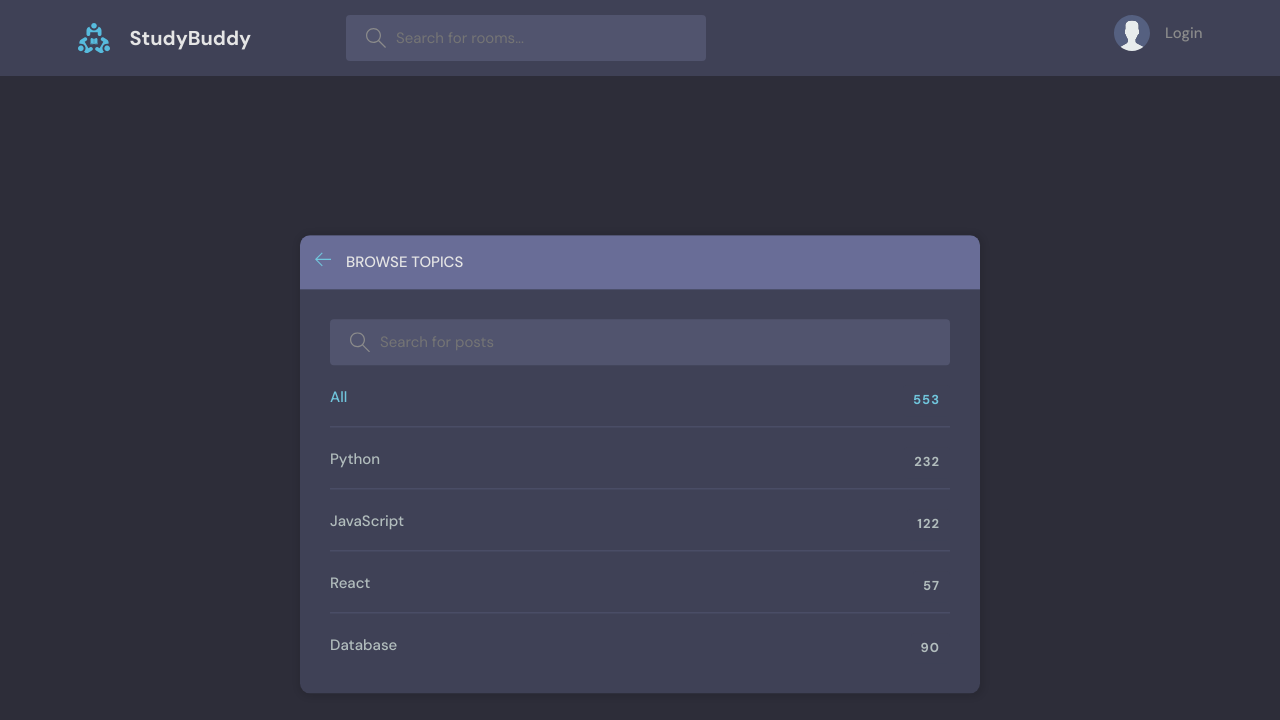
Repository: Dibbya65/Django-Basic
Page: http://localhost/topics/
The author's editor kept a copy of each file at every save. The page is drawn from the files as they stood at one save, then again after the next save.
The browser window is 1280 px wide. The pictures show the whole page.
The page is served by the project's application, run on Django 3.2 (manage.py). The page reads the database file committed with the project.

Above is the page before, as saved 2021-11-20 21:49:31.

After the next save:
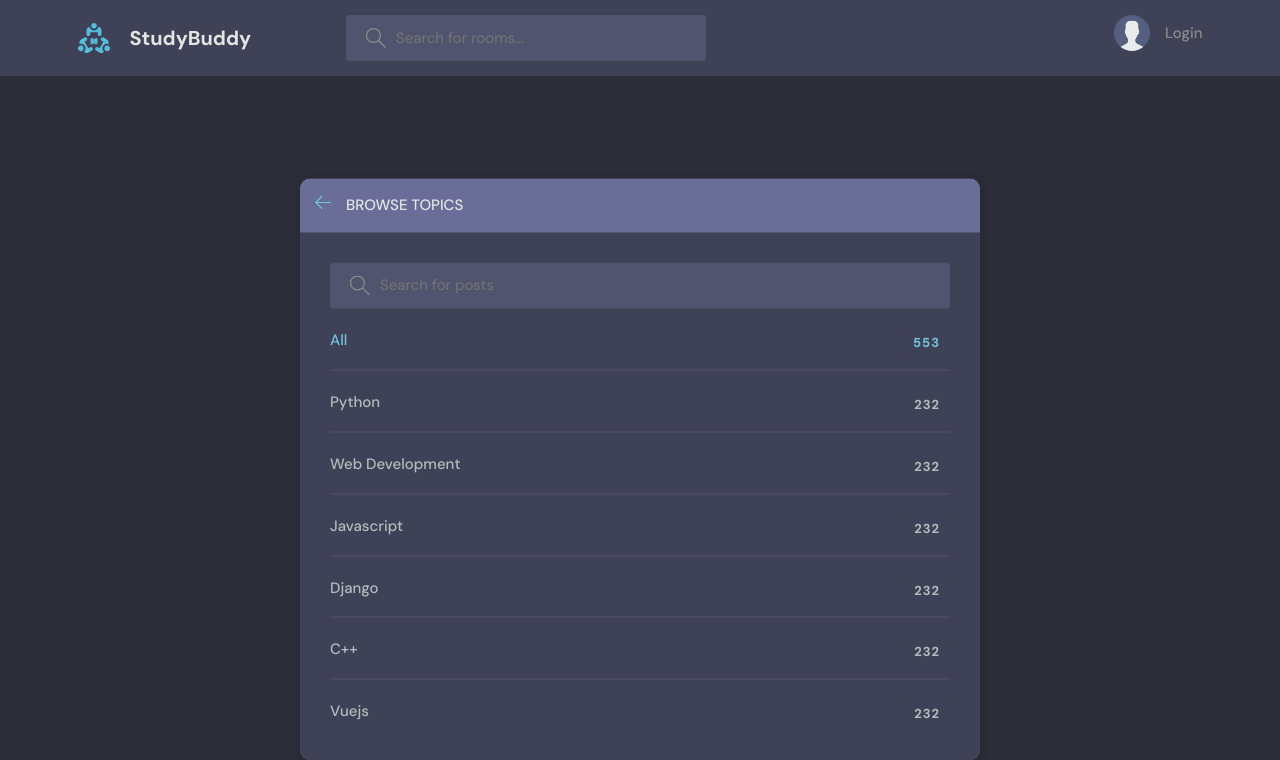
Saved 30 s later.
--- a/base/templates/base/topic.html
+++ b/base/templates/base/topic.html
@@ -37,18 +37,12 @@
                      <li>
                          <a href="/" class="active">All <span>553</span></a>
                      </li>
+                     {% for topic in topics %}
                      <li>
-                         <a href="/">Python <span>232</span></a>
+                         <a href="/">{{topic.name}} <span>232</span></a>
                      </li>
-                     <li>
-                         <a href="/">JavaScript <span>122</span></a>
-                     </li>
-                     <li>
-                         <a href="/">React <span>57</span></a>
-                     </li>
-                     <li>
-                         <a href="/">Database <span>90</span></a>
-                     </li>
+                     {% endfor %}
+
                  </ul>
              </div>
          </div>
